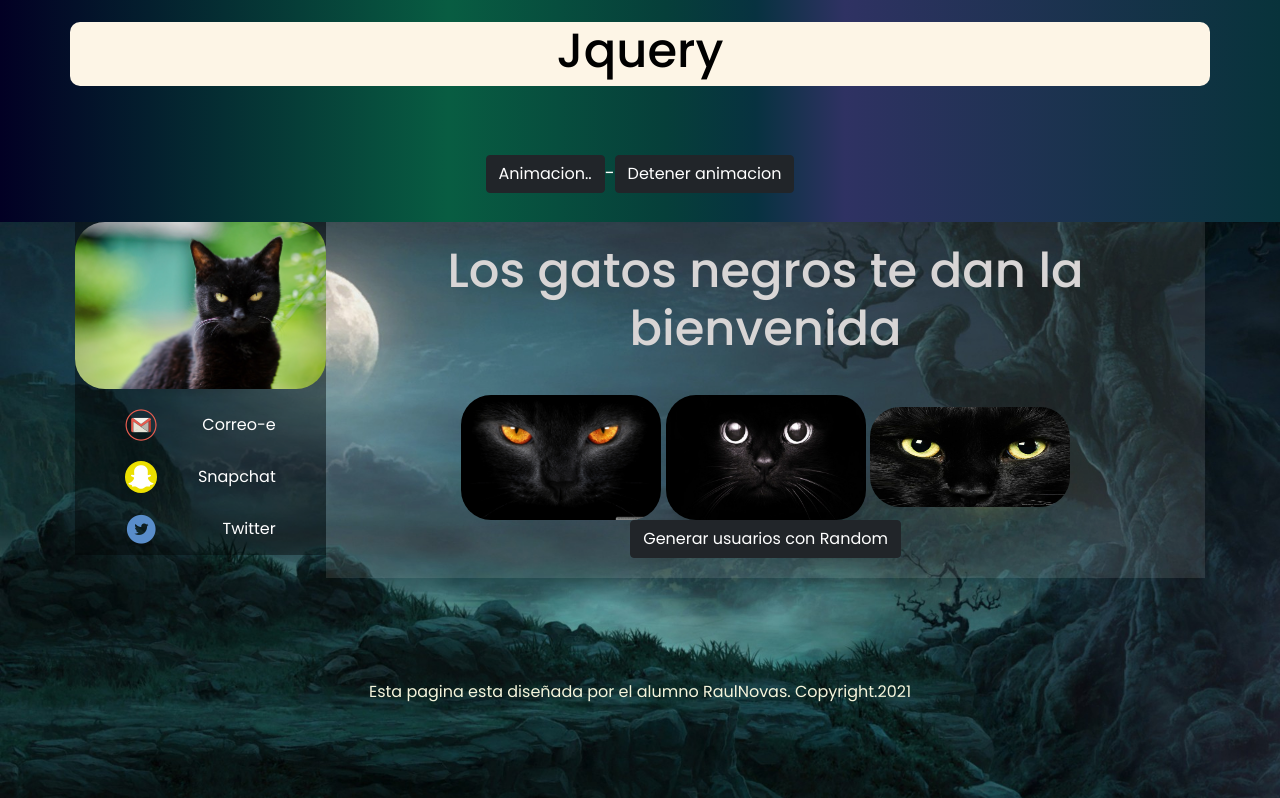
Repository: raul4264/final2
Page: index.html
An editor plug-in stored every save of this project. The page is shown before and after the next save, followed by the edit.
The browser window is 1280 px wide. The pictures show the whole page.

Above is the page before, as saved 2021-07-14 09:16:50.

### index.html
<!doctype html>
<html lang="es">

<head>

    <meta charset="utf-8">
    <meta name="viewport" content="width=device-width, initial-scale=1">


    <!-- Required meta tags -->
    <meta charset="utf-8">
    <meta name="viewport" content="width=device-width, initial-scale=1">

    <!-- Bootstrap CSS -->
    <link href="https://cdn.jsdelivr.net/npm/bootstrap@5.0.2/dist/css/bootstrap.min.css" rel="stylesheet" integrity="sha384-EVSTQN3/azprG1Anm3QDgpJLIm9Nao0Yz1ztcQTwFspd3yD65VohhpuuCOmLASjC" crossorigin="anonymous">
    <script src="https://code.jquery.com/jquery-3.6.0.min.js" integrity="sha256-/xUj+3OJU5yExlq6GSYGSHk7tPXikynS7ogEvDej/m4=" crossorigin="anonymous"></script>
    <link rel="preconnect" href="https://fonts.googleapis.com">
    <link rel="preconnect" href="https://fonts.gstatic.com" crossorigin>
    <link href="https://fonts.googleapis.com/css2?family=Poppins:wght@500&display=swap" rel="stylesheet">
    <link rel="preconnect" href="https://fonts.gstatic.com">
    <link href="https://fonts.googleapis.com/css2?family=Poppins:wght@400;700&display=swap" rel="stylesheet">
    <link href="https://fonts.googleapis.com/icon?family=Material+Icons" rel="stylesheet">

    <link rel="stylesheet" href="style.css">

    <title>raulNovas</title>
</head>


<body class="">
    <div class="container-fluid">

        <!--         <img src="java-script1.jpg" alt="prueba" height="200" />
    </div> -->

        <div class="container" id="cuerpo">
            <h1>Jquery</h1>

            <h2>

            </h2>

        </div>
        <br>

        <br>




        <div id="flip"><button type="button" class="btn btn-dark">Animacion..</button>-<button type="button" class="btn btn-dark" id="stop">Detener animacion</button> </div>
        <br>
        <div id="panel">
            <h2>Grabando en local storage</h2>
            <section id="cajaformulario" class="container-fluid">
                <form name="formulario">
                    <p>Clave:<br><input type="text" name="clave" id="clave"></p>
                    <p>Valor:<br><textarea name="text" id="texto"></textarea></p>
                    <p><input type="button" name="grabar" id="grabar" value="Grabar"></p>
                </form>


            </section>
            <div id="cajadatos" class="container-fluid mb-5">
                <p></p>
            </div>


            <!--     <div id="rule"><button type="button" class="btn btn-dark" id="dos">magia1</button><img src="/images/20210617_151220.jpg" width="200px"></div>

            <div id="java"><button type="button" class="btn btn-dark" id="dos">magia2</button><button type="button" class="btn btn-dark" id="tres">magia3</button>
                <img src="java-script1.jpg" alt="prueba" height="200" />
            </div> -->

            <div class="container">
                <!-- head -->
                <h2>Agenda de contactos</h2>
                <!-- formulario de datos -->
                <div class="formulario-datos">
                    <input type="text" class="nombre" placeholder="nombre">
                    <input type="text" class="numero" placeholder="numero">
                    <input type="text" class="direccion" placeholder="dirección">
                    <button class="btn-agregar-tarea">agregar tarea</button>

                    <!-- listado tareas -->
                    <div class="listado-tareas">


                    </div>
                </div>
            </div>


        </div>





    </div>






    <main class="container-fluid">

        <!-- Sidebar -->
        <aside class="lateral">
            <img src="images/black-cat.jpg" alt="Black Cats Rules!">


             <a href=" mailto:raulnovas4@gmail.com">
                <img src="images/mail.png" alt="Correo-e">
                <span>Correo-e</span>
            </a>
            <a href="https://www.snapchat.com/l/es/">
                <img src="images/snapchat.png" alt="Snapchat">
                <span>Snapchat</span>
            </a>
            <a href="https://twitter.com/home">
                <img src="images/twitter.png" alt="Twitter">
                <span>Twitter</span>
            </a>

        </aside>

        <!-- Contenido -->
        <section class="contenido">
            <h1>Los gatos negros te dan la bienvenida</h1>




            <!-- Thumbnails -->

                <img src="/images/cat1.jpg" width="200vw">
                <img src="/images/cat2.jpg" width="200vw" >
                <img src="/images/cat3.jpg" width="200vw" height="100vh" >

            <br>
            <button type="button" class="btn btn-dark" id="usuarios">Generar usuarios con Random</button>
        </section>

        <footer class="mt-4">
            <p>Esta pagina esta diseñada por el alumno RaulNovas. Copyright.2021</p>

        </footer>
    </main>








    <script src="https://cdn.jsdelivr.net/npm/bootstrap@5.0.1/dist/js/bootstrap.bundle.min.js" integrity="sha384-gtEjrD/SeCtmISkJkNUaaKMoLD0//ElJ19smozuHV6z3Iehds+3Ulb9Bn9Plx0x4" crossorigin="anonymous">
    </script>

    <script src="funciones.js"></script>
    <script src="clasecuatro.js"></script>
</body>

</html>

### style.css
* {
    margin: 0;
    padding: 0;
}

body {
    background: linear-gradient(90deg, rgba(2, 0, 36, 1) 0%, rgba(8, 93, 66, 1) 35%, rgb(6, 63, 58) 52%, rgba(7, 50, 64, 1) 59%, rgba(47, 50, 99, 1) 66%, rgb(8, 51, 59) 100%);
    ;
    text-align: center;
    color: beige;
    font-family: 'Poppins', sans-serif;
}

h1 {
    font-size: 3em;
    padding-bottom: 1vh;
}

#cuerpo {
    background-color: oldlace;
    color: black;
    margin-top: 3vh;
    border-radius: 10px;
    -webkit-border-radius: 10px;
    -moz-border-radius: 10px;
    -ms-border-radius: 10px;
    -o-border-radius: 10px;
}

#cajaformulario {
    padding: 20px;
    border: 1px solid #999999;
}

div #cajadatos {
    width: 400px;
    padding: 20px;
    border: 1px solid #999999;
    text-align: center;
}

#clave,
#texto {
    width: 150px;
}

#panel,
#flip {
    padding: 5px;
    font-size: 18px;
    text-align: center;
    color: white;
    border-radius: 3px;
}

#panel {
    padding: 50px;
    display: none;
}

img {
    border-radius: 30px;
    -webkit-border-radius: 30px;
    -moz-border-radius: 30px;
    -ms-border-radius: 30px;
    -o-border-radius: 30px;
}

#rule {
    background: #98bf21;
    height: 100px;
    width: 100px;
    position: absolute;
    margin-left: 40px;
}


/*......................................................*/

main {
    background-image: url(/images/fondo.jpg);
    background-position: center center;
    background-size: cover;
    display: flex;
    justify-content: center;
    align-items: flex-start;
}


/* Contenedor principal */

main {
    width: 900px;
    height: 80vh;
    display: flex;
    flex-wrap: wrap;
}

main>* {
    order: 999;
}

.lateral {
    background-color: rgba(0, 0, 0, .4);
    flex-basis: 20%;
    display: flex;
    flex-direction: column;
    align-items: center;
    justify-content: flex-start;
}

.lateral>img {
    max-width: 100%;
    margin-bottom: 20px;
}

.lateral a {
    width: 60%;
    display: flex;
    align-items: center;
    justify-content: space-between;
    text-decoration: none;
    color: white;
    margin: 10px 0;
}

.lateral a:first-of-type {
    margin-top: auto;
}


/* Contenido */

.contenido {
    background-color: rgba(255, 255, 255, .1);
    flex-basis: 70%;
    padding: 20px;
}

.contenido h1 {
    margin-top: 0;
    font-size: 3em;
    font-family: 'Poppins', sans-serif;
    margin-bottom: 30px;
    color: rgb(216, 213, 213);
}

.contenido ul {
    display: flex;
    justify-content: space-between;
    flex-wrap: wrap;
    list-style: none;
    margin: 0;
    padding: 0;
}

.contenido ul li {
    flex-basis: 30%;
    height: 200px;
    background-position: center center;
    background-size: cover;
}

/* .contenido ul li:first-of-type {
    background-image: url(../images/cat1.jpg);
}

.contenido ul li:nth-child(2) {
    background-image: url(../images/cat2.jpg);
}

.contenido ul li:last-of-type {
    background-image: url(../images/cat3.jpg);
} */


/* Respond */

@media (max-width: 705px) {
    body {
        align-items: flex-start;
    }
    main {
        margin: 20px;
    }
    .lateral,
    .contenido {
        flex-basis: 100%;
    }
    .contenido {
        order: 1;
    }
    .lateral {
        order: 2;
    }
}


/* Util */

.dev {
    border: 1px solid red;
}


/*lllllllllllllllllllllllllllllllllllllllllllllllllllllllllllllll*/

.container h2 {
    margin-bottom: 1rem;
    font-size: 2.3rem;
}

.formulario-datos {
    display: block;
    width: 50%;
    margin: 1rem auto;
    display: flex;
    flex-direction: column;
}

.formulario-datos input {
    margin: 1rem 0rem;
    line-height: 3rem;
    background: none;
    outline: 0;
    border: 0;
    color: oldlace;
}

.formulario-datos input:active {
    border-bottom: 1px solid dodgerblue;
}

.formulario-datos input:focus {
    border-bottom: 1px solid dodgerblue;
}

.formulario-datos button {
    margin: 1rem 0rem;
    background-color: dodgerblue;
    border: 0;
    outline: 0;
    height: 3rem;
    border-radius: 5px;
    color: oldlace;
    -webkit-border-radius: 5px;
    -moz-border-radius: 5px;
    -ms-border-radius: 5px;
    -o-border-radius: 5px;
}

.listado-tareas {
    display: flex;
    flex-direction: column;
}

.tarea {
    display: flex;
    flex-direction: row;
    justify-content: space-between;
    height: 4rem;
}

.icono {
    color: tomato;
    cursor: pointer;
}

### funciones.js
const guardarContacto = (db, contacto) => {
    db.setItem(contacto.id, JSON.stringify(contacto))
    window.location.href = '/'

}
const cargarContactos = (db, parentNode, ) => {
    let claves = Object.keys(db)

    for (clave of claves) {
        let contacto = JSON.parse(db.getItem(clave))
        crearContacto(parentNode, contacto, db)
    }

}
const crearContacto = (parentNode, contacto, db) => {
    let divContacto = document.createElement('div')
    let nombreContacto = document.createElement('p')
    let numeroContacto = document.createElement('p')
    let direccionContacto = document.createElement('p')
    let iconoBorrar = document.createElement('span')

    nombreContacto.innerHTML = contacto.nombre
    numeroContacto.innerHTML = contacto.numero
    direccionContacto.innerHTML = contacto.direccion
    iconoBorrar.innerHTML = 'delete_forever'

    divContacto.classList.add('tarea')
    iconoBorrar.classList.add('material-icons', 'icono')


    iconoBorrar.onclick = () => {
        db.removeItem(contacto.id)
        window.location.href = '/'
    }

    divContacto.appendChild(nombreContacto)
    divContacto.appendChild(numeroContacto)
    divContacto.appendChild(direccionContacto)
    divContacto.appendChild(iconoBorrar)

    parentNode.appendChild(divContacto)
}

### clasecuatro.js
function iniciar() {
    var boton = document.getElementById('grabar');
    boton.addEventListener('click', nuevoitem, false);
    mostrar();
}

function nuevoitem() {
    var clave = document.getElementById('clave').value;
    var valor = document.getElementById('texto').value;
    sessionStorage.setItem(clave, valor);
    mostrar();
    document.getElementById('clave').value = '';
    document.getElementById('texto').value = '';
}

function mostrar() {
    var cajadatos = document.getElementById('cajadatos');
    cajadatos.innerHTML = '<div><button onclick="eliminarTodo()">Eliminar Todo</button></div>';
    for (var f = 0; f < sessionStorage.length; f++) {
        var clave = sessionStorage.key(f);
        var valor = sessionStorage.getItem(clave);
        cajadatos.innerHTML += '<div>' + clave + ' - ' + valor + '<br><button onclick="eliminar(\'' + clave + '\')">Eliminar</button></div>';
    }
}

function eliminar(clave) {
    if (confirm('Está Seguro?')) {
        sessionStorage.removeItem(clave);
        mostrar();
    }
}

function eliminarTodo() {
    if (confirm('Está Seguro?')) {
        sessionStorage.clear();
        mostrar();
    }
}
window.addEventListener('load', iniciar, false)


/**...........jquery......................... */

$(document).ready(function() {




    $("#flip").click(function() {
        $("#panel").slideDown(5000);
    });
    $("#stop").click(function() {
        $("#panel").stop();
    });

    $("#dos").click(function() {
        $("div").animate({ right: '200px' });
    });
    // $('#java').slideToggle('slow');
    $('#java').on('click', function() {
        $('#java').css('background-color', 'black');
    })
    $("#tres").click(function() {
        // $('#java').slideToggle('slow');
        $("#rule").delay("slow").slideToggle('slow');
        $("#java").delay("slow").slideToggle('slow');

    });


    /*  $.ajax('social.html', {

         success: function(respuesta) {
             $('.lateral').append($(respuesta))

         }

     })*/

  /*   $.get('social.html', function(respuesta) {
        $('.lateral').append($(respuesta))
    }) */



    $("#usuarios").click(function() {
        $("main").fadeIn('slow')
        $.getJSON('https://randomuser.me/api/?results=500')
            .then(function(respuesta) {

                respuesta.results.forEach(function(persona) {
                    console.log(persona.picture.thumbnail);
                    $('<img>')
                        .attr('src', persona.picture.thumbnail)
                        .appendTo('.contenido');
                });



            });
    });


});
/**....................................................... */
const nombre = document.querySelector('.nombre')
const numero = document.querySelector('.numero')
const direccion = document.querySelector('.direccion')
const btnAgregarTarea = document.querySelector('.btn-agregar-tarea')

const listadoTareas = document.querySelector('.listado-tareas')

const db = window.localStorage

btnAgregarTarea.onclick = () => {
    let contacto = {
        id: Math.random(1, 1000),
        nombre: nombre.value,
        numero: numero.value,
        direccion: direccion.value,
    }

    guardarContacto(db, contacto);

}
cargarContactos(db, listadoTareas)

After the next save:
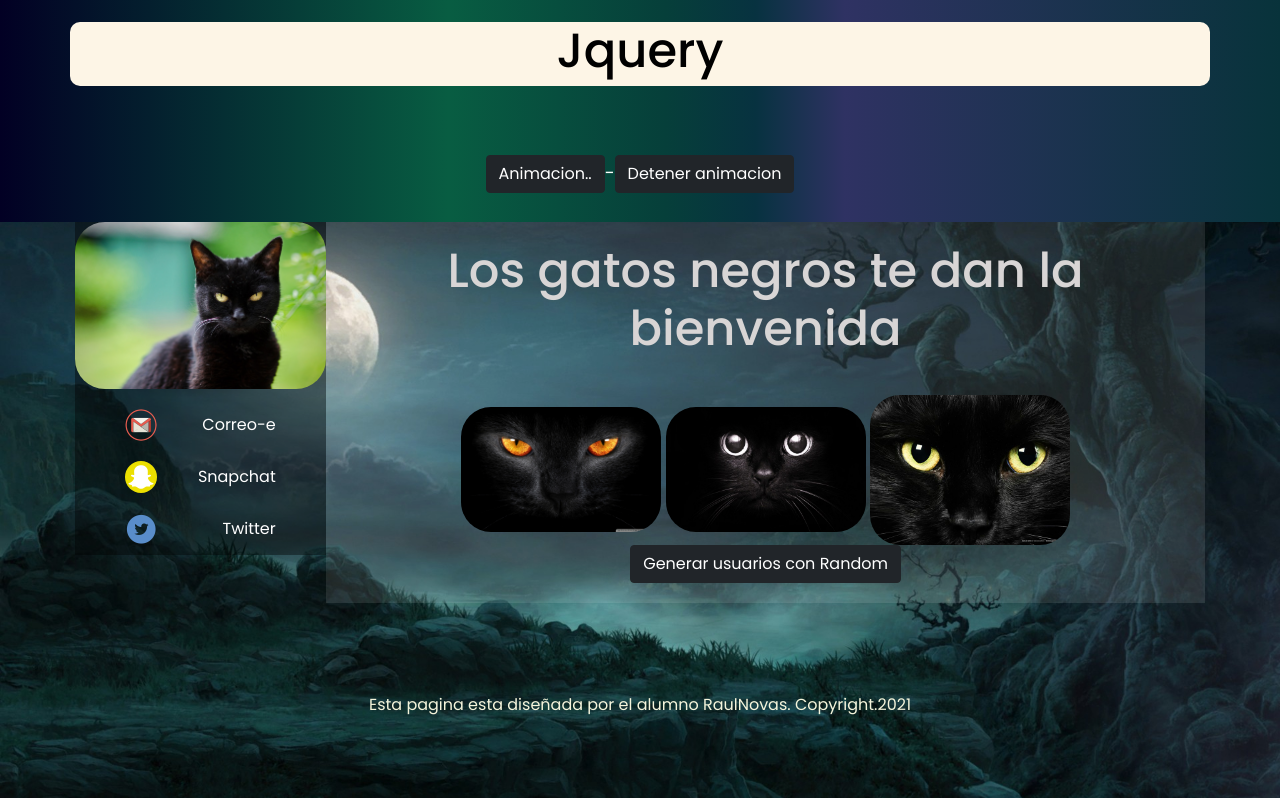
Saved 14 s later.
--- a/index.html
+++ b/index.html
@@ -137,7 +137,7 @@
 
                 <img src="/images/cat1.jpg" width="200vw">
                 <img src="/images/cat2.jpg" width="200vw" >
-                <img src="/images/cat3.jpg" width="200vw" height="100vh" >
+                <img src="/images/cat3.jpg" width="200vw" height="150vh" >
 
             <br>
             <button type="button" class="btn btn-dark" id="usuarios">Generar usuarios con Random</button>
